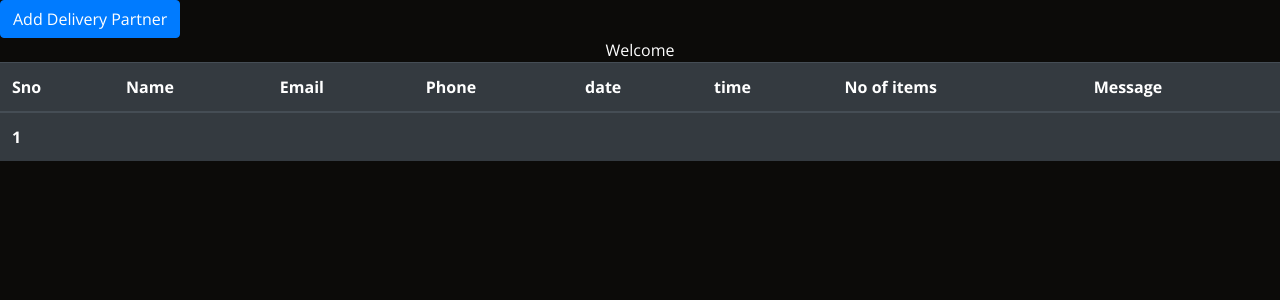
Repository: Amalraveendran/Amal
Page: http://localhost/cakehub/admin-.jsp
An editor plug-in stored every save of this project. The page is shown before and after the next save, followed by the edit.
The browser window is 1280 px wide. The pictures show the whole page.
Some web fonts or font styles are not loaded; a fallback is used. The page is served by Tomcat 9. The session is filled in as if someone had signed in: {"username": "testuser"}. The template is opened directly, without the code that normally fills it, so the values that code supplies are empty.

Above is the page before, as saved 2021-01-30 07:13:57.

After the next save:
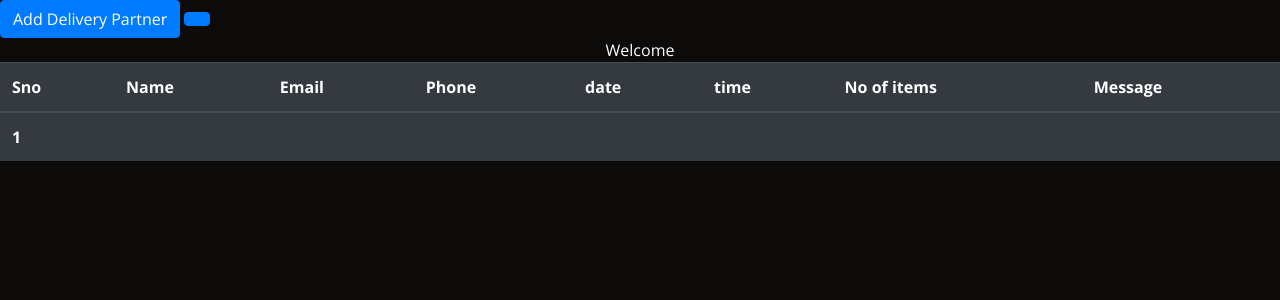
Saved 2 min 47 s later.
--- a/Eclipse Workspace/cakehub/WebContent/admin-.jsp
+++ b/Eclipse Workspace/cakehub/WebContent/admin-.jsp
@@ -41,6 +41,8 @@
 %>
 <nav>
 <button class="btn btn-primary" href="deliveryPartner.jsp" >Add Delivery Partner</button>
+<a class="btn btn-primary" href="deliveryPartner.jsp"></a>
+
 </nav>
 <center>
 Welcome

After the save that followed:
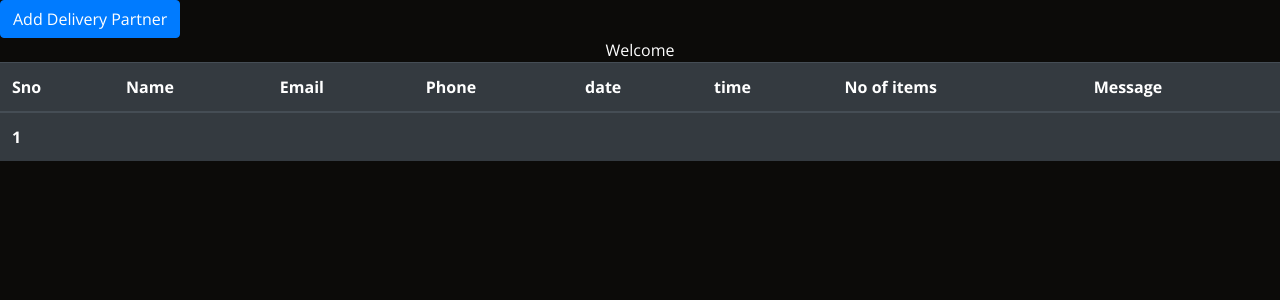
Saved 35 s later.
--- a/Eclipse Workspace/cakehub/WebContent/admin-.jsp
+++ b/Eclipse Workspace/cakehub/WebContent/admin-.jsp
@@ -40,8 +40,8 @@
 
 %>
 <nav>
-<button class="btn btn-primary" href="deliveryPartner.jsp" >Add Delivery Partner</button>
-<a class="btn btn-primary" href="deliveryPartner.jsp"></a>
+
+<a class="btn btn-primary" href="deliveryPartner.jsp">Add Delivery Partner</a>
 
 </nav>
 <center>
